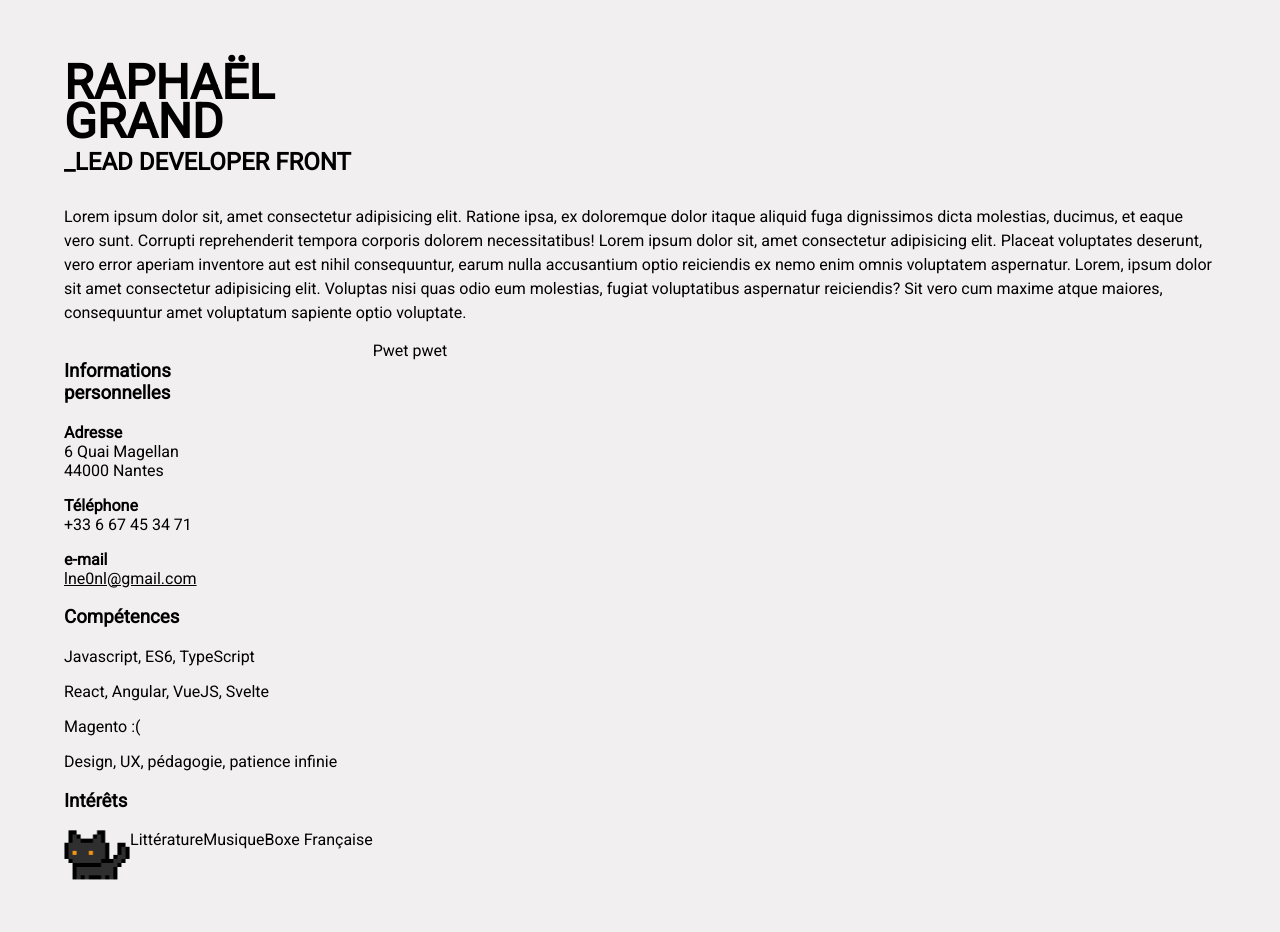
Repository: lne0nl/resume
Page: index.html
The author's editor kept a copy of each file at every save. The page is drawn from the files as they stood at one save, then again after the next save.
The browser window is 1280 px wide. The pictures show the whole page.

Above is the page before, as saved 2021-12-10 10:40:58.

### index.html
<!DOCTYPE html>
<html lang="fr">
  <head>
    <meta charset="UTF-8" />
    <meta http-equiv="X-UA-Compatible" content="IE=edge" />
    <meta name="viewport" content="width=device-width, initial-scale=1.0" />
    <link rel="preconnect" href="https://fonts.googleapis.com" />
    <link rel="preconnect" href="https://fonts.gstatic.com" crossorigin />
    <link
      href="https://fonts.googleapis.com/css2?family=Roboto&display=swap"
      rel="stylesheet"
    />
    <link rel="stylesheet" type="text/css" href="style.css" />
    <title>CV Raphaël GRAND</title>
  </head>
  <body>
    <header>
      <h1>Raphaël<br />GRAND</h1>
      <h2>_Lead developer front</h2>
      <p class="bio">
        Lorem ipsum dolor sit, amet consectetur adipisicing elit. Ratione ipsa,
        ex doloremque dolor itaque aliquid fuga dignissimos dicta molestias,
        ducimus, et eaque vero sunt. Corrupti reprehenderit tempora corporis
        dolorem necessitatibus! Lorem ipsum dolor sit, amet consectetur
        adipisicing elit. Placeat voluptates deserunt, vero error aperiam
        inventore aut est nihil consequuntur, earum nulla accusantium optio
        reiciendis ex nemo enim omnis voluptatem aspernatur. Lorem, ipsum dolor
        sit amet consectetur adipisicing elit. Voluptas nisi quas odio eum
        molestias, fugiat voluptatibus aspernatur reiciendis? Sit vero cum
        maxime atque maiores, consequuntur amet voluptatum sapiente optio
        voluptate.
      </p>
    </header>
    <div class="core">
      <section class="infos">
        <article>
          <h3>Informations<br />personnelles</h3>
          <ul>
            <li title="address">
              <b>Adresse</b><br />
              6 Quai Magellan<br />44000 Nantes
            </li>
            <li title="phone">
              <b>Téléphone</b><br />
              +33 6 67 45 34 71
            </li>
            <li title="mail">
              <b>e-mail</b><br />
              <a href="mailto:lne0nl@gmail.com">lne0nl@gmail.com</a>
            </li>
          </ul>
        </article>
        <article>
          <h3>Compétences</h3>
          <ul>
            <li>Javascript, ES6, TypeScript</li>
            <li>React, Angular, VueJS, Svelte</li>
            <li>Magento :(</li>
            <li>Design, UX, pédagogie, patience infinie</li>
          </ul>
        </article>
        <article>
          <h3>Intérêts</h3>
          <ul class="interests">
            <li title="Animaux"><img src="images/cat.png" alt="animals"></li>
            <li title="Jeux vidéo"><img src="" alt="" srcset=""></li>
            <li title="Littérature">Littérature</li>
            <li title="Musique">Musique</li>
            <li title="Boxe Française">Boxe Française</li>
          </ul>
        </article>
      </section>
      <section class="resume">Pwet pwet</section>
    </div>
  </body>
</html>

### style.css
html {
  background-color: grey;
}

body {
  margin: 0 auto;
  padding: 2rem 4rem;
  max-width: 1280px;
  background-color: #f1efef;
  font-family: 'Roboto', sans-serif;
}

header {
  position: relative;
}

h1 {
  font-size: 3rem;
  line-height: 0.8;
  text-transform: uppercase;
}

h2 {
  text-align: right;
  position: absolute;
  top: 4rem;
  text-transform: uppercase;
}

a {
  text-decoration: underline;
  color: inherit;
}

a:visited {
  color: inherit;
}

.bio {
  padding-top: 2rem;
  line-height: 1.5;
}

ul {
  list-style: none;
  margin: 0;
  padding: 0;
}

li {
  margin-bottom: 1rem;
}

.core {
  display: flex;
}

.resume {
  flex: 1;
  /* background-color: yellow; */
}

.interests {
  display: flex;
}

.interests img {
  height: 50px;
}

After the next save:
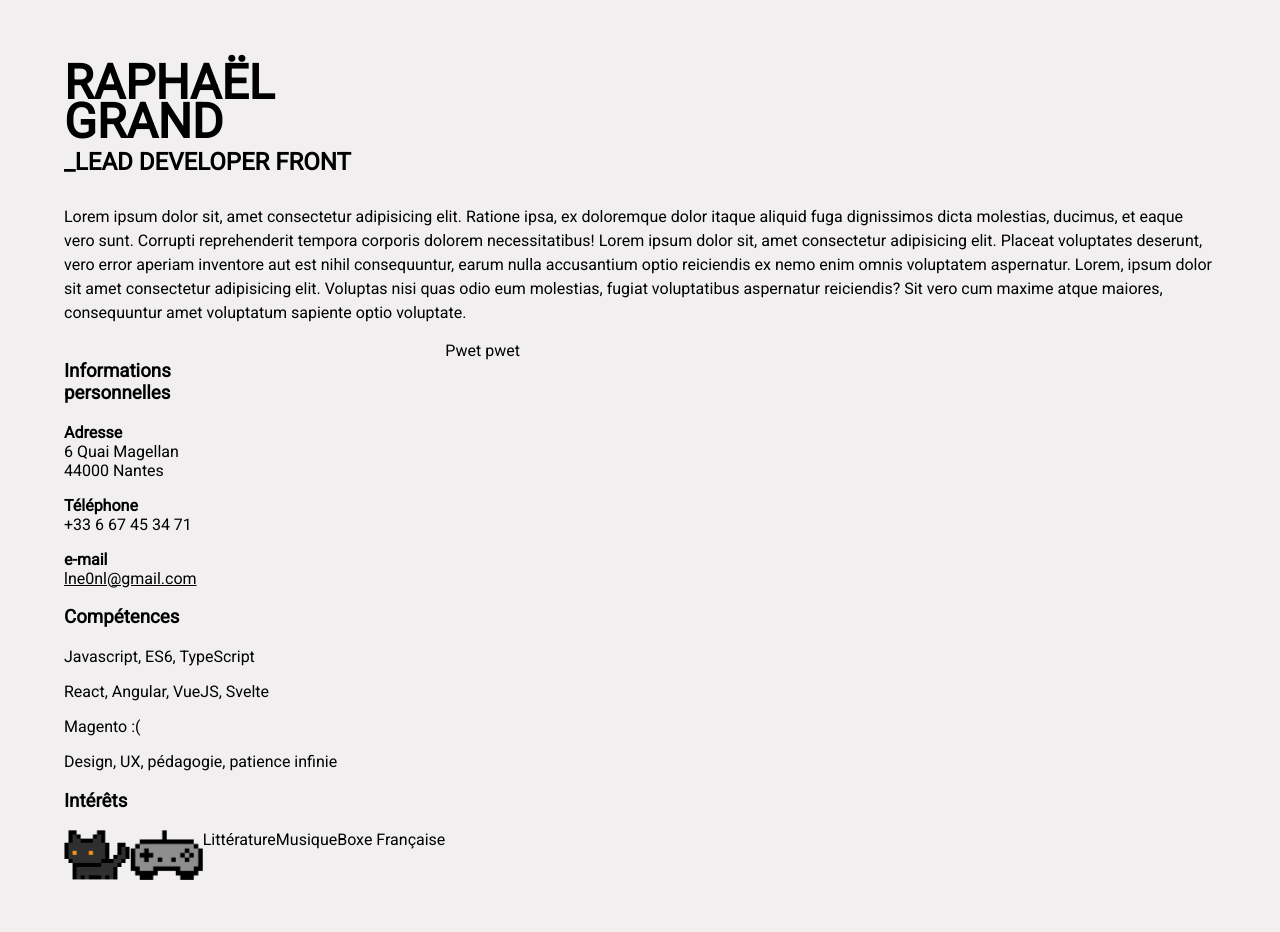
Saved 5 s later.
--- a/index.html
+++ b/index.html
@@ -63,7 +63,7 @@
           <h3>Intérêts</h3>
           <ul class="interests">
             <li title="Animaux"><img src="images/cat.png" alt="animals"></li>
-            <li title="Jeux vidéo"><img src="" alt="" srcset=""></li>
+            <li title="Jeux vidéo"><img src="images/pad.png" alt="" srcset=""></li>
             <li title="Littérature">Littérature</li>
             <li title="Musique">Musique</li>
             <li title="Boxe Française">Boxe Française</li>
